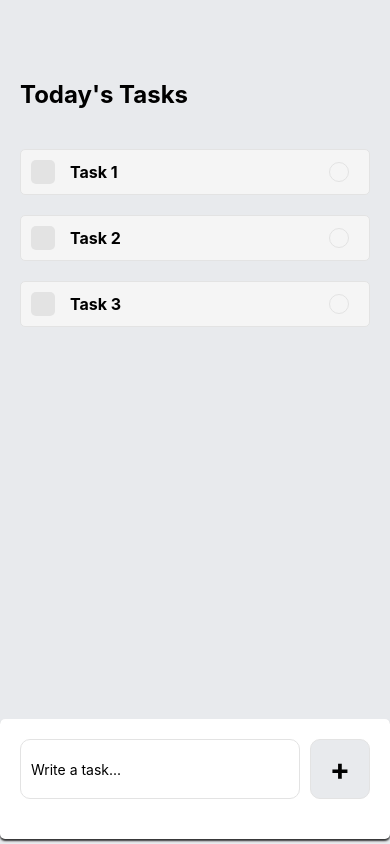
Repository: lomelo-x/ToDo-App
Screen: /
These files come from the project's save history. The screen is drawn as it stood at one moment and after the next save; the edit follows.
The app was drawn by React Native's web renderer in a window 390 px wide. The project was rebuilt for these pictures with package versions that can differ from the ones it lists, and the page was loaded fresh each time.

Above is the screen before, as saved 2022-06-17 21:33:38.

### App.js
import { StatusBar } from 'expo-status-bar';
import { StyleSheet, Text, View, KeyboardAvoidingView, Platform, TextInput, TouchableOpacity } from 'react-native';
import Task from './components/Task';

export default function App() {
	return (
		<View style={styles.container}>
			<View style={styles.todoContainer}>
				<Text style={styles.sectionTitle}>Today's Tasks</Text>
				<View style={styles.itemsContainer}>
					<Task text={'Task 1'} />
					<Task text={'Task 2'}/>
					<Task text={'Task 3'}/>
				</View>
			</View>
			<KeyboardAvoidingView
			behavior={Platform.OS === 'ios' ? 'padding' : "height" }
			style={styles.writeTaskContainer}>
				<TextInput style={styles.writeTaskInput} placeholder="Write a task..." />
				<TouchableOpacity>
					<View style={styles.addTaskButton}>
						<Text style={styles.addTaskButtonText}>+</Text>
					</View>
				</TouchableOpacity>
			</KeyboardAvoidingView>
		</View>
	);
}

const styles = StyleSheet.create({
	container: {
		flex: 1,
		backgroundColor: '#E8EAED',
	},
	todoContainer: {
		paddingTop: 80,
		paddingHorizontal: 20,
	},
	sectionTitle: {
		fontSize: 24,
		fontWeight: 'bold',
		marginBottom: 20,
	},
	itemsContainer: {
		marginTop: 20,
	},
	writeTaskContainer: {
		position: 'absolute',
		bottom: 5,
		width: '100%',
		flexDirection: 'row',
		alignItems: 'center',
		justifyContent: 'space-between',
		paddingHorizontal: 20,
		paddingVertical: 20,
		backgroundColor: '#fff',
		borderRadius: 5,
		shadowColor: '#000',
		shadowOffset: { width: 0, height: 2 },
		shadowOpacity: 0.8,
		shadowRadius: 2,
		elevation: 1,
		marginTop: 20,
	},
writeTaskInput: {
		borderWidth: 1,
		borderColor: '#e3e3e3',
		borderRadius: 10,
		padding: 10,
		marginBottom: 20,
		width: '80%',
		height: 60,
	},
addTaskButton: {
		backgroundColor: '#E8EAED',
		borderRadius: 10,
		borderWidth: 1,
		borderColor: '#e3e3e3',
		marginBottom: 20,
		width: 60,
		height: 60,
		alignItems: 'center',
		justifyContent: 'center',
	},
addTaskButtonText: {
		fontSize: 30,
		textAlign: 'center',
		fontWeight: 'bold',
	},
});

### components/Task.js
import React from 'react';
import { View, Text, StyleSheet, TouchableOpacity } from 'react-native';

const Task = ({ text }) => {
	return (
		<View style={styles.taskContainer}>
			<View style={styles.taskLeft}>
				<TouchableOpacity style={styles.square}></TouchableOpacity>
				<Text style={styles.taskText}>{text}</Text>
			</View>
			<View style={styles.taskRight}></View>
		</View>
	);
};

const styles = StyleSheet.create({
	taskContainer: {
		backgroundColor: '#f5f5f5',
		padding: 10,
		marginBottom: 10,
		borderRadius: 5,
		borderWidth: 1,
		borderColor: '#e3e3e3',
		flexDirection: 'row',
		alignItems: 'center',
		justifyContent: 'space-between',
		marginBottom: 20,
	},
	taskText: {
		fontSize: 16,
		fontWeight: 'bold',
	},
	taskLeft: {
		flexDirection: 'row',
		alignItems: 'center',
		flexWrap: 'wrap',
		maxWidth: '80%',
	},
	taskRight: {
		width: 20,
		height: 20,
		borderRadius: 50,
		borderColor: '#e3e3e3',
		borderWidth: 1,
		marginRight: 10,
	},
	square: {
		width: 24,
		height: 24,
		backgroundColor: '#e3e3e3',
		borderRadius: 5,
		marginRight: 15,
	},
});

export default Task;

After the next save:
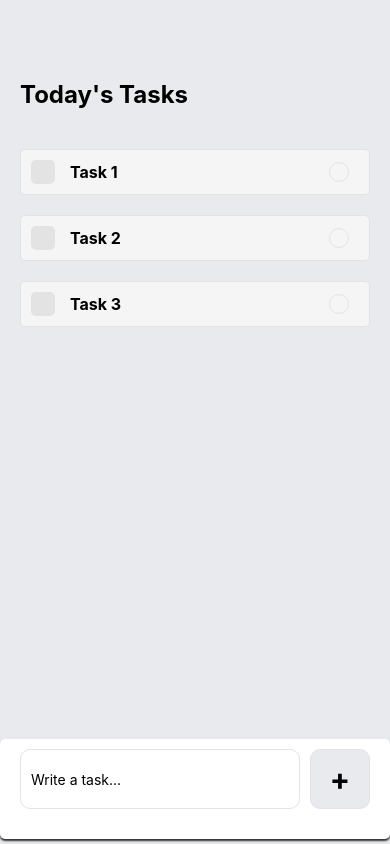
Saved 20 s later.
--- a/App.js
+++ b/App.js
@@ -52,7 +52,7 @@ const styles = StyleSheet.create({
 		alignItems: 'center',
 		justifyContent: 'space-between',
 		paddingHorizontal: 20,
-		paddingVertical: 20,
+		paddingVertical: 10,
 		backgroundColor: '#fff',
 		borderRadius: 5,
 		shadowColor: '#000',
